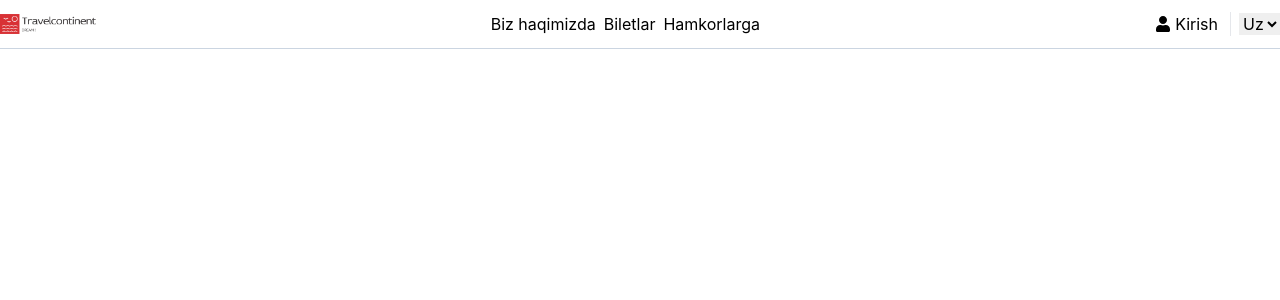
Repository: ziyodbek0300/avia-sales_
Page: /
The author's editor kept a copy of each file at every save. The page is drawn from the files as they stood at one save, then again after the next save.
The browser window is 1280 px wide. The pictures show the whole page.
The project was rebuilt for these pictures with package versions that can differ from the ones it lists, and the page was loaded fresh each time.

Above is the page before, as saved 2022-06-01 23:59:53.

### src/index.js
import React from 'react';
import ReactDOM from 'react-dom/client';
import './index.scss';
import App from './App';
import { BrowserRouter } from 'react-router-dom';

const root = ReactDOM.createRoot(document.getElementById('root'));
root.render(
  <React.StrictMode>
    <BrowserRouter>
      <App />
    </BrowserRouter>
  </React.StrictMode>
)

### src/App.js
import { Route, Routes } from "react-router-dom";
import Navbar from "./components/navbar/Navbar";
import Home from "./containers/home/Home";

function App() {
  return (
    <div>
      <Navbar />
      <Routes>
        <Route path="/" element={<Home />} />
      </Routes>
    </div>
  );
}

export default App;

### src/components/navbar/Navbar.jsx
import React from 'react'
import { FaUser } from 'react-icons/fa';
import Logo from '../../static/images/logo.png'

function Navbar() {
    return (
        <div className='border-b border-b-slate-300 py-3'>
            <nav className=' flex justify-between items-center max-w-7xl mx-auto'>
                <div className="logo">
                    <img src={Logo} className="w-24" alt="logo" />
                </div>
                <ul className='flex gap-2'>
                    <li>Biz haqimizda</li>
                    <li>Biletlar</li>
                    <li>Hamkorlarga</li>
                </ul>
                <ul className='flex gap-2'>
                    <li className='flex items-center border-r pr-3'>
                        <FaUser />&nbsp;Kirish
                    </li>
                    <li>
                        <select name="lang" id="lang" className='border-slate-500'>
                            <option value="uz">Uz</option>
                            <option value="uz">Ru</option>
                            <option value="uz">En</option>
                        </select>
                    </li>
                </ul>
            </nav>
        </div>
    )
}

export default Navbar

### src/containers/home/Home.jsx
import React from 'react'

function Home() {
  return (
    <div>
    </div>
  )
}

export default Home

Loaded but not shown: public/index.html (common file); src/index.scss (common file); tailwind.config.js (common file)

After the next save:
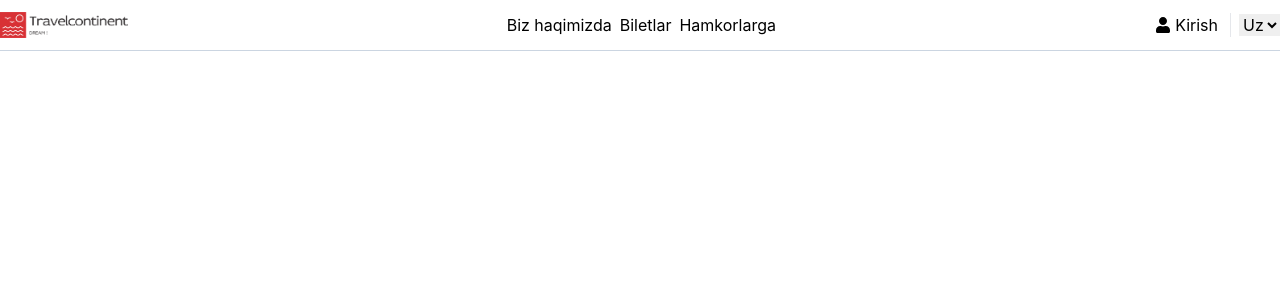
Saved 9 s later.
--- a/src/components/navbar/Navbar.jsx
+++ b/src/components/navbar/Navbar.jsx
@@ -7,7 +7,7 @@
         <div className='border-b border-b-slate-300 py-3'>
             <nav className=' flex justify-between items-center max-w-7xl mx-auto'>
                 <div className="logo">
-                    <img src={Logo} className="w-24" alt="logo" />
+                    <img src={Logo} className="w-32" alt="logo" />
                 </div>
                 <ul className='flex gap-2'>
                     <li>Biz haqimizda</li>
